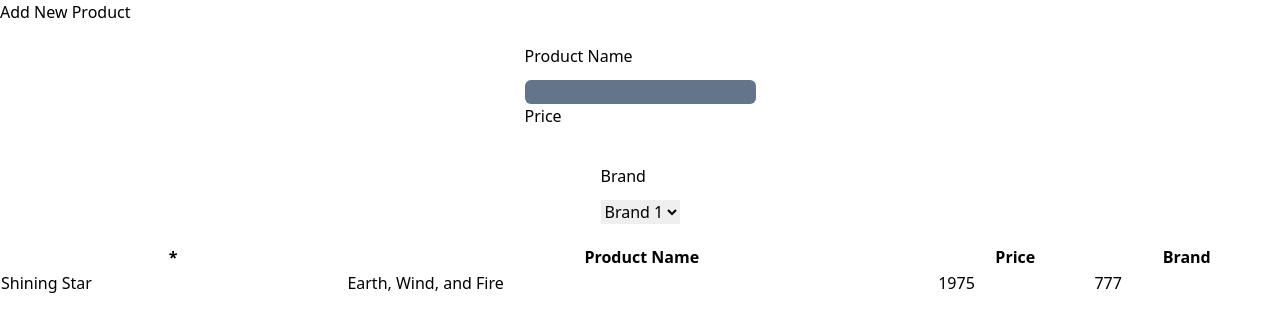
Repository: Semanmernstack/next-13-prisma-crud
Page: /product
These files come from the project's save history. The page is drawn as it stood at one moment and after the next save; the edit follows.
The browser window is 1280 px wide. The pictures show the whole page.
The project was rebuilt for these pictures with package versions that can differ from the ones it lists, and the page was loaded fresh each time. The framework's server and built-in components were replaced by stand-ins that run in the browser. Also part of the build but not shown: next.config.js.

Above is the page before, as saved 2023-06-01 00:51:43.

### app/layout.tsx
import './globals.css'
import { Inter } from 'next/font/google'



export const metadata = {
  title: 'Create Next App',
  description: 'Generated by create next app',
}

export default function RootLayout({
  children,
}: {
  children: React.ReactNode
}) {
  return (
    <html lang="en">
      <body className="">{children}</body>
    </html>
  )
}

### app/product/page.tsx
import React from 'react'
import AddPrisma from '../components/AddPrisma'

function page() {
  return (
    <div>
        <AddPrisma/>
        <table className="table w-full items-center">
        <thead>
          <tr className="items-center">
            <th>*</th>
            <th>Product Name</th>
            <th>Price</th>
            <th>Brand</th>
          </tr>
        </thead>
        <tbody>

          <tr>
            <td>Shining Star</td>
            <td>Earth, Wind, and Fire</td>
            <td>1975</td>
            <td>777</td>
          </tr>
        </tbody>
      </table>



    </div>
  )
}

export default page

### app/components/AddPrisma.tsx
"use client"
import React, { useState } from 'react'

function AddPrisma() {
    const [product, setProduct] = useState("");
    const [price, setPrice] = useState("")
    const [brand, setBrand] = useState("")
    const [open, setOpen] = useState(true)

    const handleOpen = () => {
        setOpen(false)
    }
  return (
    <div className=' mx-auto max-w-7xl'>
        <button onClick={handleOpen}>Add New Product</button>
        <form className=" flex flex-col items-center justify-center  decoration-slate-400 p-5 z-50" >
            <div className='flex flex-col space-y-3'>
                <label>Product Name</label>
                <input className='w-full bg-slate-500 rounded-md outline-none' type="text" value={product} onChange={(e) => setProduct(e.target.value)} />
            </div>
            <div className='flex flex-col space-y-3'>
                <label >Price</label>
                <input type="text" value={price} onChange={(e) => setPrice(e.target.value)} />
            </div>
            <div className='flex flex-col space-y-3'  >
                <label>Brand</label>
                <select value={brand} onChange={(e) => setBrand(e.target.value)} >
                    <option value="" disabled>Brand 1</option>
                    <option value="">Brand 2</option>
                </select>
            </div>



        </form>
    </div>

  )
}

export default AddPrisma

Loaded but not shown: app/globals.css (common file); tailwind.config.js (common file)

After the next save:
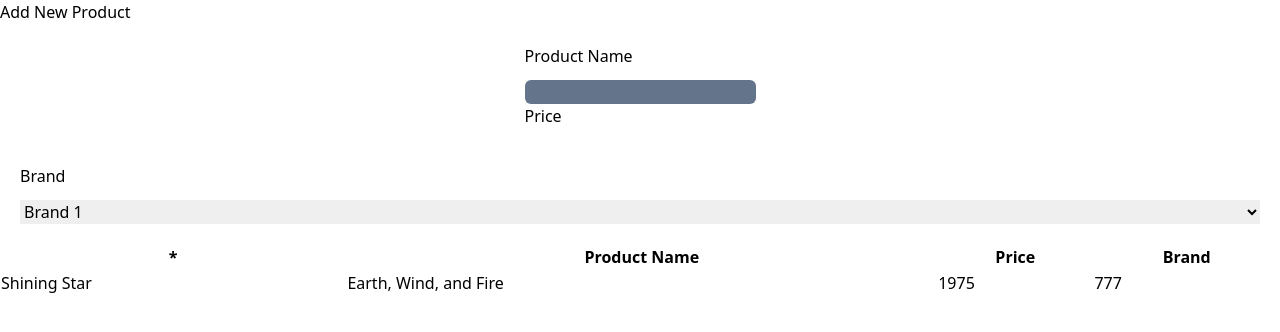
Saved 57 s later.
--- a/app/components/AddPrisma.tsx
+++ b/app/components/AddPrisma.tsx
@@ -20,9 +20,9 @@
             </div>
             <div className='flex flex-col space-y-3'>
                 <label >Price</label>
-                <input type="text" value={price} onChange={(e) => setPrice(e.target.value)} />
+                <input className='w-ful' type="text" value={price} onChange={(e) => setPrice(e.target.value)} />
             </div>
-            <div className='flex flex-col space-y-3'  >
+            <div className='flex flex-col space-y-3 w-full'  >
                 <label>Brand</label>
                 <select value={brand} onChange={(e) => setBrand(e.target.value)} >
                     <option value="" disabled>Brand 1</option>
